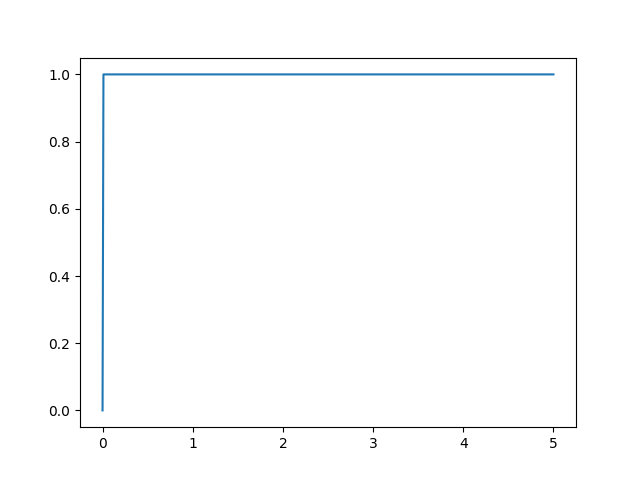
Repository: leiradom/Modified-linear-theory
Script's output: python fuctionaltest.py
An editor plug-in stored every save of this project. The script's output is shown before and after the next save, followed by the edit.
Random numbers start from a fixed seed.

Above is the script's output before, as saved 2020-12-04 10:09:43.

### fuctionaltest.py
#本程序实现求解无升力构型的F函数
#同时求解出近场的压力信号

import math
import numpy as np
import matplotlib.pyplot as plt


X = np.ones(501)

#提取体积分布数据中的两列数据
for i in range(0,501):
    c = 0.01 * i
    X[i] = c
    #Y0[i] = ca

a = len(X)
print(X)
#print(Y)

#通过变上限积分求解F函数，积分使用梯形公式
F = np.ones(a,dtype=np.float64)   #产生一个长度为a的初始化数组
F[0] = 0         #强制F的第一个值为0

for i in range(1,a):
    #内层积分，积到x
    s = 0
    for j in range(0,i-1):
        s0 =((1 / math.sqrt(X[i]-X[j+1])) + (1 / math.sqrt(X[i]-X[j])) * (X[j + 1] - X[j]) / (2))
        #s0 = (((Y0[j+1] + Y0[j]) * (X[j + 1] - X[j])) / (2))    #第(j+1)个梯形的面积
        s = s0 + s    #S为最后的积分
    #内层积分，积到x

print(s)


#绘制F函数的图像
plt.plot(X,F)
plt.show()

After the next save:
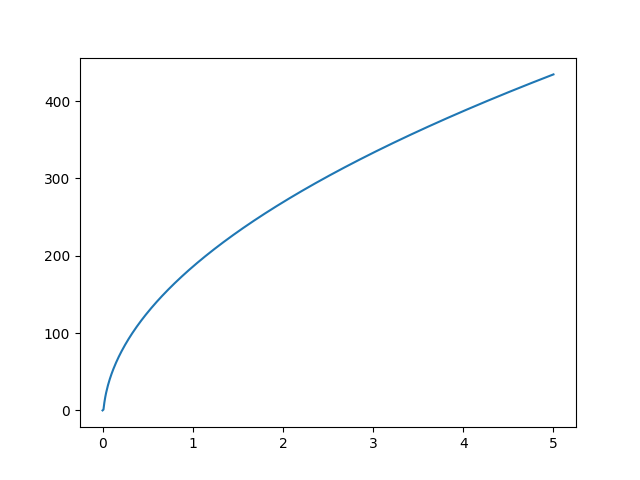
Saved 59 s later.
--- a/fuctionaltest.py
+++ b/fuctionaltest.py
@@ -30,8 +30,8 @@ for i in range(1,a):
         #s0 = (((Y0[j+1] + Y0[j]) * (X[j + 1] - X[j])) / (2))    #第(j+1)个梯形的面积
         s = s0 + s    #S为最后的积分
     #内层积分，积到x
-
-print(s)
+        F[i] = s
+print(F)
 
 
 #绘制F函数的图像
